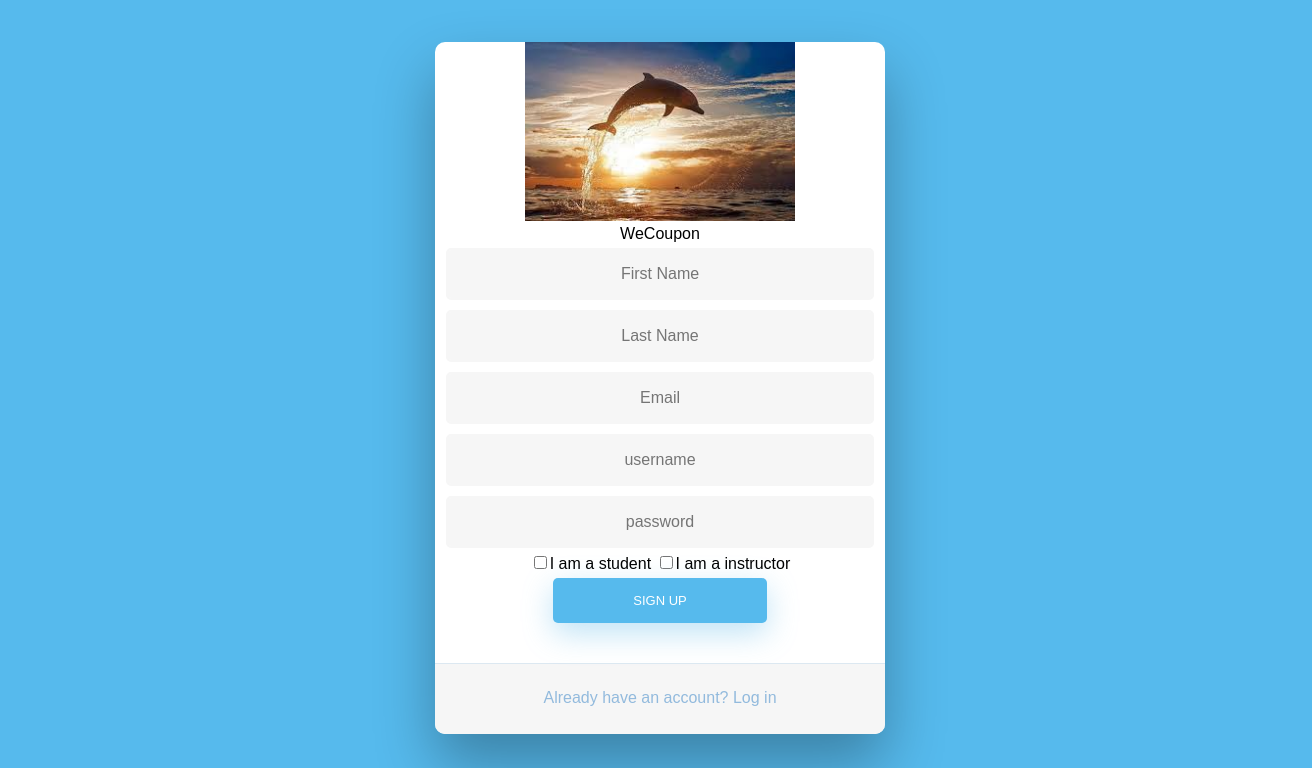
Repository: XUXiangCUHK/WeCoupon
Page: templates/signup.html
An editor plug-in stored every save of this project. The page is shown before and after the next save, followed by the edit.
The browser window is 1280 px wide. The page is 1312 px wide, so the pictures cover 1312 px, including what lies to the right of the window. The pictures show the whole page.

Above is the page before, as saved 2021-02-27 15:40:21.

### templates/signup.html
<!DOCTYPE html>
<html lang="en">
<head>
    <meta charset="UTF-8">
    <meta http-equiv="X-UA-Compatible" content="IE=edge">
    <meta name="viewport" content="width=device-width, initial-scale=1.0">
    <link rel="stylesheet" href="../static/css/login_page.css">
    <script src="../static/js/signup.js"></script>
    <title>Document</title>
</head>
<body>
    <div class="wrapper fadeInDown">
        <div id="formContent">
        <!-- Tabs Titles -->

        <!-- Icon -->
        <div class="fadeIn first">
            <img src="../static/images/111.jpg" id="icon" alt="User Icon" />
        </div>

        <div>
            WeCoupon
        </div>

        <!-- Signup Form -->
        <form id="signup_form_id" method="POST">
            <input type="text" id="first_name" class="fadeIn second" name="signup" placeholder="First Name">
            <input type="text" id="last_name" class="fadeIn second" name="signup" placeholder="Last Name">
            <input type="text" id="email" class="fadeIn second" name="signup" placeholder="Email">
            <input type="text" id="username" class="fadeIn second" name="signup" placeholder="username">
            <input type="text" id="password" class="fadeIn third" name="signup" placeholder="password">
            <input type="checkbox" id="position1" class="checkposition" name="checkposition" value="any_value" onclick="test(this)">I am a student
            <input type="checkbox" id="position2" class="checkposition" name="checkposition" value="any_value" onclick="test(this)">I am a instructor
            <input type="submit" class="fadeIn fourth" value="Sign Up" onclick="return processsignupform();">
        </form>

        <!-- Log in -->
        <div id="formFooter">
            <a class="underlineHover" href="login.html">Already have an account? Log in</a>
        </div>

        </div>
    </div>
</body>
</html>

### static/css/login_page.css

/* BASIC */

html {
  background-color: #56baed;
}

body {
  font-family: "Poppins", sans-serif;
  height: 100vh;
}

a {
  color: #92badd;
  display:inline-block;
  text-decoration: none;
  font-weight: 400;
}

h2 {
  text-align: center;
  font-size: 16px;
  font-weight: 600;
  text-transform: uppercase;
  display:inline-block;
  margin: 40px 8px 10px 8px;
  color: #cccccc;
}



/* STRUCTURE */

.wrapper {
  display: flex;
  align-items: center;
  flex-direction: column;
  justify-content: center;
  width: 100%;
  min-height: 100%;
  padding: 20px;
}

#formContent {
  -webkit-border-radius: 10px 10px 10px 10px;
  border-radius: 10px 10px 10px 10px;
  background: #fff;
  padding: 30px;
  width: 90%;
  max-width: 450px;
  position: relative;
  padding: 0px;
  -webkit-box-shadow: 0 30px 60px 0 rgba(0,0,0,0.3);
  box-shadow: 0 30px 60px 0 rgba(0,0,0,0.3);
  text-align: center;
}

#formFooter {
  background-color: #f6f6f6;
  border-top: 1px solid #dce8f1;
  padding: 25px;
  text-align: center;
  -webkit-border-radius: 0 0 10px 10px;
  border-radius: 0 0 10px 10px;
}



/* TABS */

h2.inactive {
  color: #cccccc;
}

h2.active {
  color: #0d0d0d;
  border-bottom: 2px solid #5fbae9;
}



/* FORM TYPOGRAPHY*/

input[type=button], input[type=submit], input[type=reset]  {
  background-color: #56baed;
  border: none;
  color: white;
  padding: 15px 80px;
  text-align: center;
  text-decoration: none;
  display: inline-block;
  text-transform: uppercase;
  font-size: 13px;
  -webkit-box-shadow: 0 10px 30px 0 rgba(95,186,233,0.4);
  box-shadow: 0 10px 30px 0 rgba(95,186,233,0.4);
  -webkit-border-radius: 5px 5px 5px 5px;
  border-radius: 5px 5px 5px 5px;
  margin: 5px 20px 40px 20px;
  -webkit-transition: all 0.3s ease-in-out;
  -moz-transition: all 0.3s ease-in-out;
  -ms-transition: all 0.3s ease-in-out;
  -o-transition: all 0.3s ease-in-out;
  transition: all 0.3s ease-in-out;
}

input[type=button]:hover, input[type=submit]:hover, input[type=reset]:hover  {
  background-color: #39ace7;
}

input[type=button]:active, input[type=submit]:active, input[type=reset]:active  {
  -moz-transform: scale(0.95);
  -webkit-transform: scale(0.95);
  -o-transform: scale(0.95);
  -ms-transform: scale(0.95);
  transform: scale(0.95);
}

input[type=text], input[type=password] {
  background-color: #f6f6f6;
  border: none;
  color: #0d0d0d;
  padding: 15px 32px;
  text-align: center;
  text-decoration: none;
  display: inline-block;
  font-size: 16px;
  margin: 5px;
  width: 80%;
  border: 2px solid #f6f6f6;
  -webkit-transition: all 0.5s ease-in-out;
  -moz-transition: all 0.5s ease-in-out;
  -ms-transition: all 0.5s ease-in-out;
  -o-transition: all 0.5s ease-in-out;
  transition: all 0.5s ease-in-out;
  -webkit-border-radius: 5px 5px 5px 5px;
  border-radius: 5px 5px 5px 5px;
}

input[type=text]:focus, , input[type=password]:focus {
  background-color: #fff;
  border-bottom: 2px solid #5fbae9;
}

input[type=text]:placeholder, , input[type=password]:placeholder {
  color: #cccccc;
}



/* ANIMATIONS */

/* Simple CSS3 Fade-in-down Animation */
/* .fadeInDown {
  -webkit-animation-name: fadeInDown;
  animation-name: fadeInDown;
  -webkit-animation-duration: 1s;
  animation-duration: 1s;
  -webkit-animation-fill-mode: both;
  animation-fill-mode: both;
}

@-webkit-keyframes fadeInDown {
  0% {
    opacity: 0;
    -webkit-transform: translate3d(0, -100%, 0);
    transform: translate3d(0, -100%, 0);
  }
  100% {
    opacity: 1;
    -webkit-transform: none;
    transform: none;
  }
}

@keyframes fadeInDown {
  0% {
    opacity: 0;
    -webkit-transform: translate3d(0, -100%, 0);
    transform: translate3d(0, -100%, 0);
  }
  100% {
    opacity: 1;
    -webkit-transform: none;
    transform: none;
  }
} */

/* Simple CSS3 Fade-in Animation */
/* @-webkit-keyframes fadeIn { from { opacity:0; } to { opacity:1; } }
@-moz-keyframes fadeIn { from { opacity:0; } to { opacity:1; } }
@keyframes fadeIn { from { opacity:0; } to { opacity:1; } }

.fadeIn {
  opacity:0;
  -webkit-animation:fadeIn ease-in 1;
  -moz-animation:fadeIn ease-in 1;
  animation:fadeIn ease-in 1;

  -webkit-animation-fill-mode:forwards;
  -moz-animation-fill-mode:forwards;
  animation-fill-mode:forwards;

  -webkit-animation-duration:1s;
  -moz-animation-duration:1s;
  animation-duration:1s;
}

.fadeIn.first {
  -webkit-animation-delay: 0.4s;
  -moz-animation-delay: 0.4s;
  animation-delay: 0.4s;
}

.fadeIn.second {
  -webkit-animation-delay: 0.6s;
  -moz-animation-delay: 0.6s;
  animation-delay: 0.6s;
}

.fadeIn.third {
  -webkit-animation-delay: 0.8s;
  -moz-animation-delay: 0.8s;
  animation-delay: 0.8s;
}

.fadeIn.fourth {
  -webkit-animation-delay: 1s;
  -moz-animation-delay: 1s;
  animation-delay: 1s;
}  */

/* Simple CSS3 Fade-in Animation */
.underlineHover:after {
  display: block;
  left: 0;
  bottom: -10px;
  width: 0;
  height: 2px;
  background-color: #56baed;
  content: "";
  transition: width 0.2s;
}

.underlineHover:hover {
  color: #0d0d0d;
}

.underlineHover:hover:after{
  width: 100%;
}



/* OTHERS */

*:focus {
    outline: none;
}

#icon {
  width:60%;
}

### static/js/signup.js
function test(checkbox) {
    var checkboxes=document.getElementsByName("checkposition");
    checkboxes.forEach((item) => {
        if (item !== checkbox) item.checked = false
    })
}

function processsignupform() {
    var firstname = document.getElementById("first_name");
    var lastname = document.getElementById("last_name");
    var username = document.getElementById("username");
    var password = document.getElementById("password");
    var email = document.getElementById("email");
    var position = document.querySelector('.checkposition').checked; //student return true, professor return false

    alert(position);
}

After the next save:
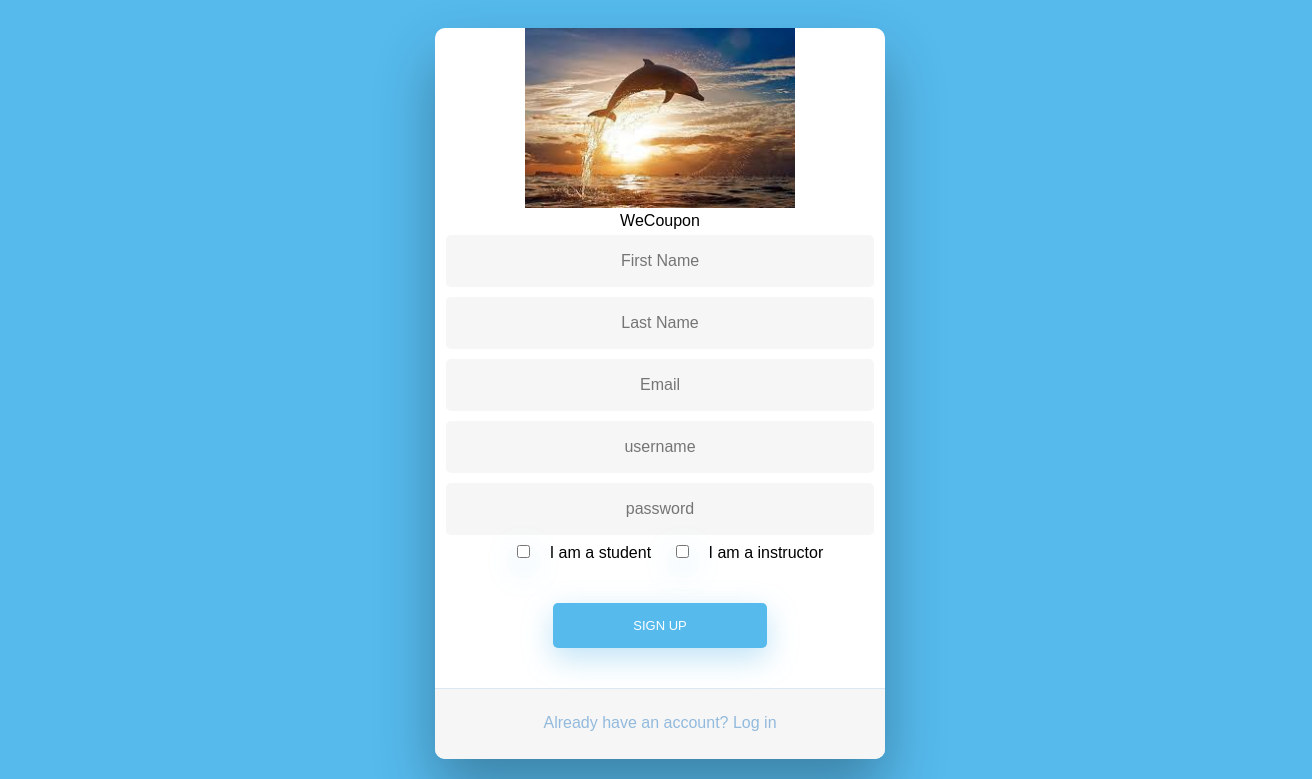
Saved 61 s later.
--- a/templates/signup.html
+++ b/templates/signup.html
@@ -28,7 +28,7 @@
             <input type="text" id="last_name" class="fadeIn second" name="signup" placeholder="Last Name">
             <input type="text" id="email" class="fadeIn second" name="signup" placeholder="Email">
             <input type="text" id="username" class="fadeIn second" name="signup" placeholder="username">
-            <input type="text" id="password" class="fadeIn third" name="signup" placeholder="password">
+            <input type="password" id="password" class="fadeIn third" name="signup" placeholder="password">
             <input type="checkbox" id="position1" class="checkposition" name="checkposition" value="any_value" onclick="test(this)">I am a student
             <input type="checkbox" id="position2" class="checkposition" name="checkposition" value="any_value" onclick="test(this)">I am a instructor
             <input type="submit" class="fadeIn fourth" value="Sign Up" onclick="return processsignupform();">
--- a/static/css/login_page.css
+++ b/static/css/login_page.css
@@ -81,7 +81,7 @@ h2.active {
 
 /* FORM TYPOGRAPHY*/
 
-input[type=button], input[type=submit], input[type=reset]  {
+input[type=button], input[type=submit], input[type=reset], input[type=checkbox]  {
   background-color: #56baed;
   border: none;
   color: white;
